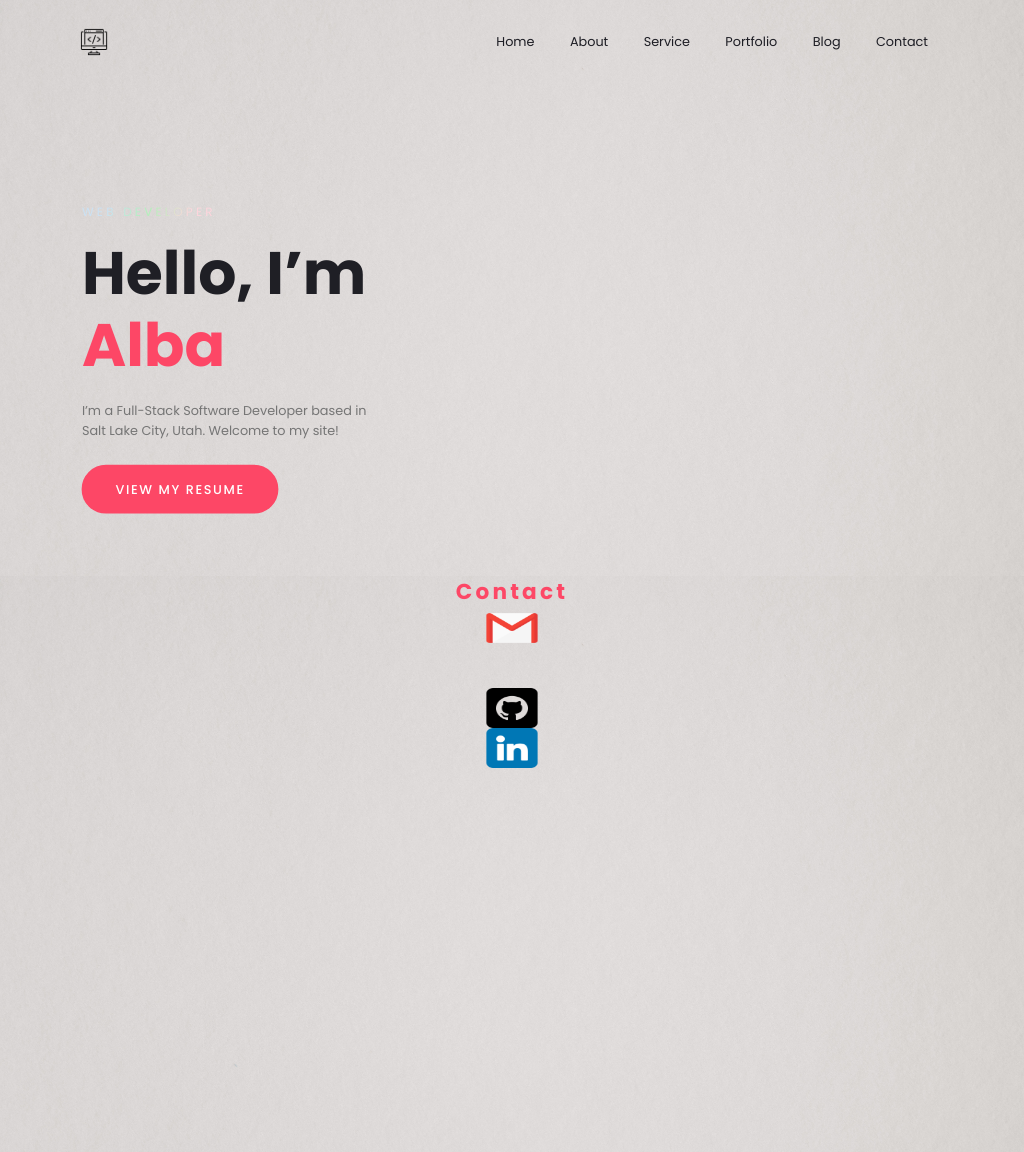
Repository: pilar122/port
Page: index.html
An editor plug-in stored every save of this project. The page is shown before and after the next save, followed by the edit.
The browser window is 1280 px wide. The pictures show the whole page, at 80% of full size.

Above is the page before, as saved 2022-01-29 17:06:51.

After the next save:
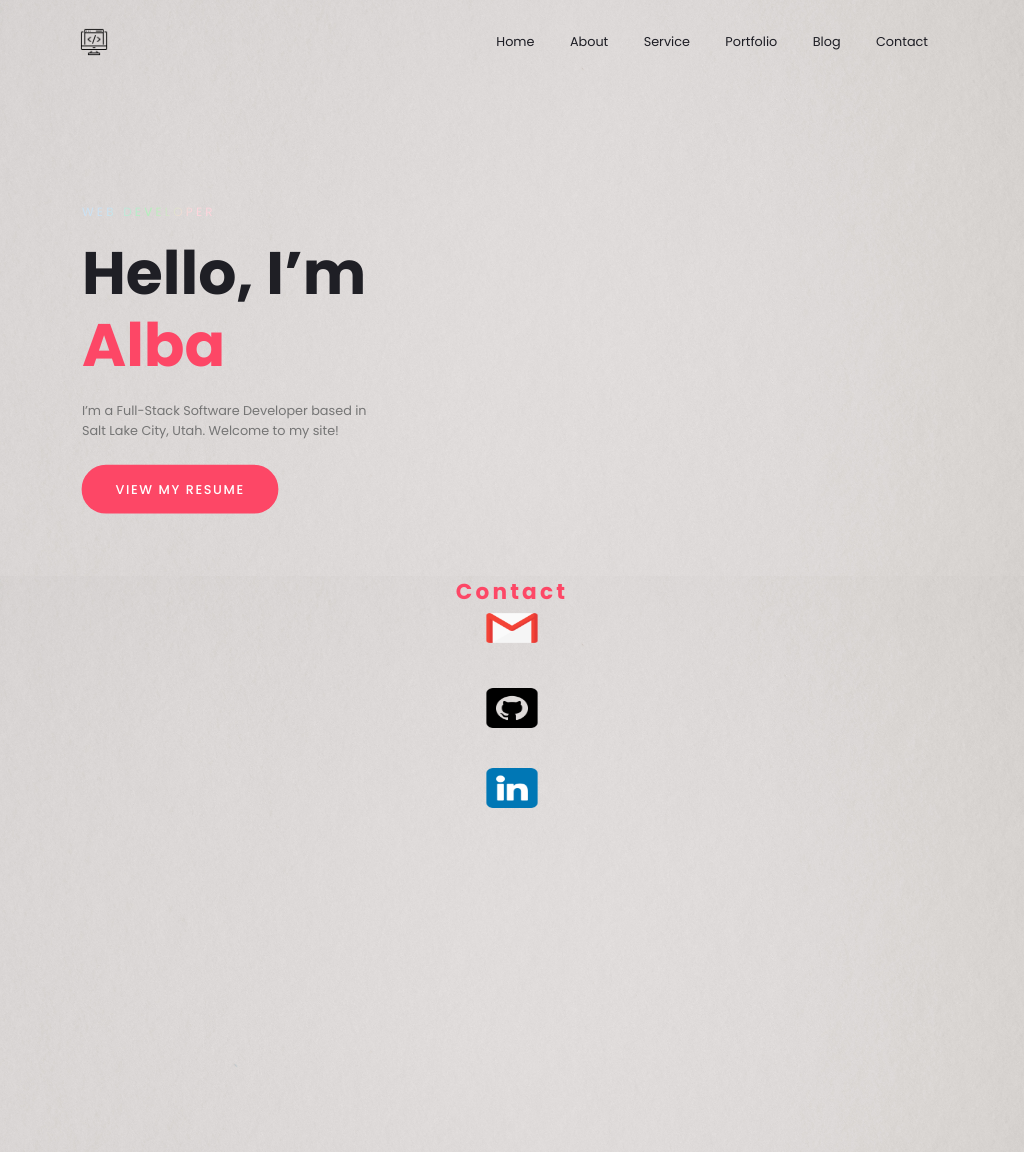
Saved 26 s later.
--- a/index.html
+++ b/index.html
@@ -41,9 +41,11 @@
                   <a href="https://github.com/pilar122/">
                     <img src="/Users/albapilarte/Desktop/port/img/github.png" class="center2" width="50" height="50">
                   </a>
+                  <br></br>
                   <a href="https://www.linkedin.com/in/alba-pilarte-8590471b7/">
                     <img src="/Users/albapilarte/Desktop/port/img/linkedin.png" class="center3" width="50" height="50">
                   </a>
+                  <br></br>
             </ul>
         </div>
     </section>
